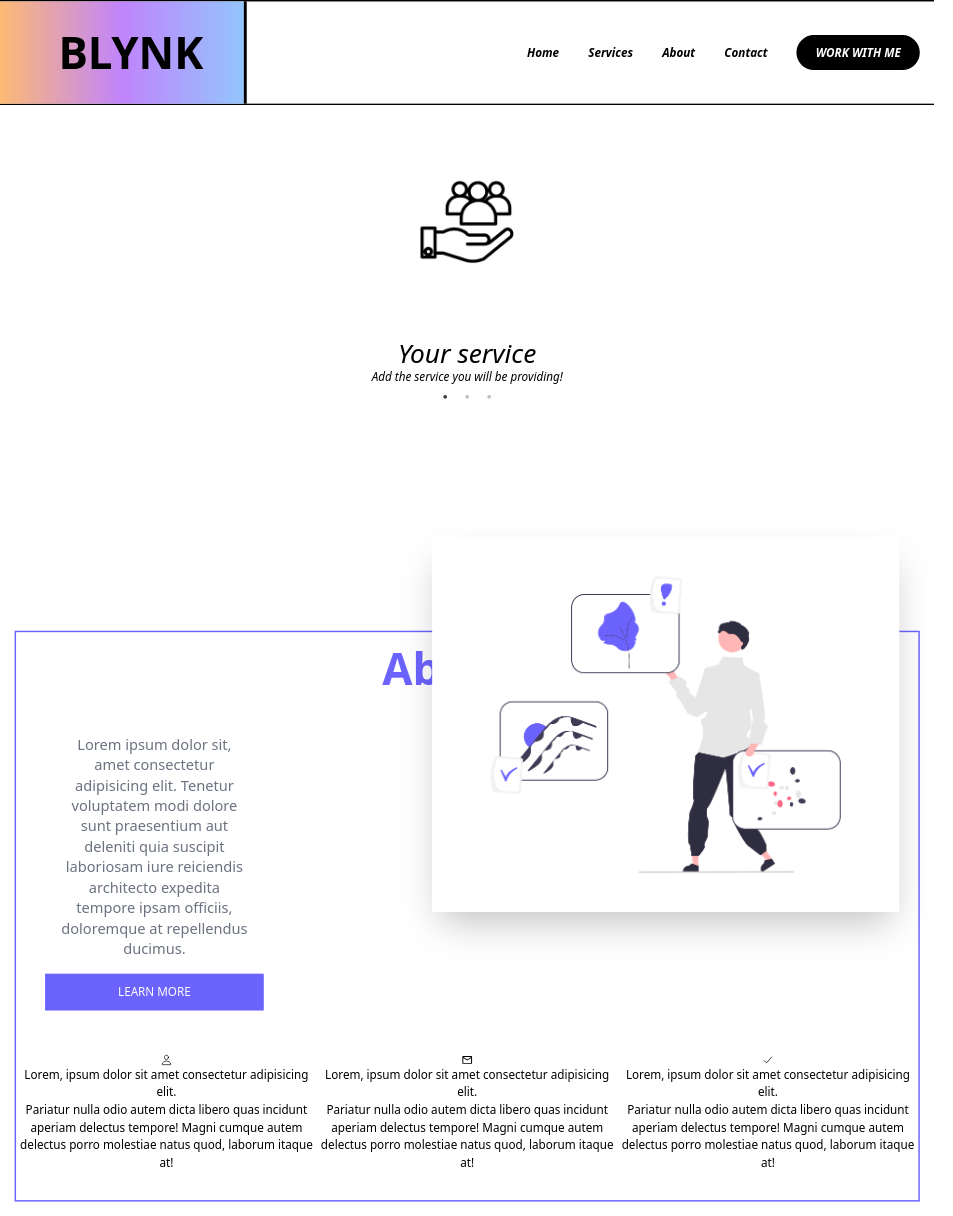
Repository: Al123Kudayyd/eportfolio
Page: /
The author's editor kept a copy of each file at every save. The page is drawn from the files as they stood at one save, then again after the next save.
The browser window is 1280 px wide. The page is 1305 px wide, so the pictures cover 1305 px, including what lies to the right of the window. The pictures show the whole page, at 73% of full size.
The project was rebuilt for these pictures with package versions that can differ from the ones it lists, and the page was loaded fresh each time.

Above is the page before, as saved 2024-02-27 08:09:10.

After the next save:
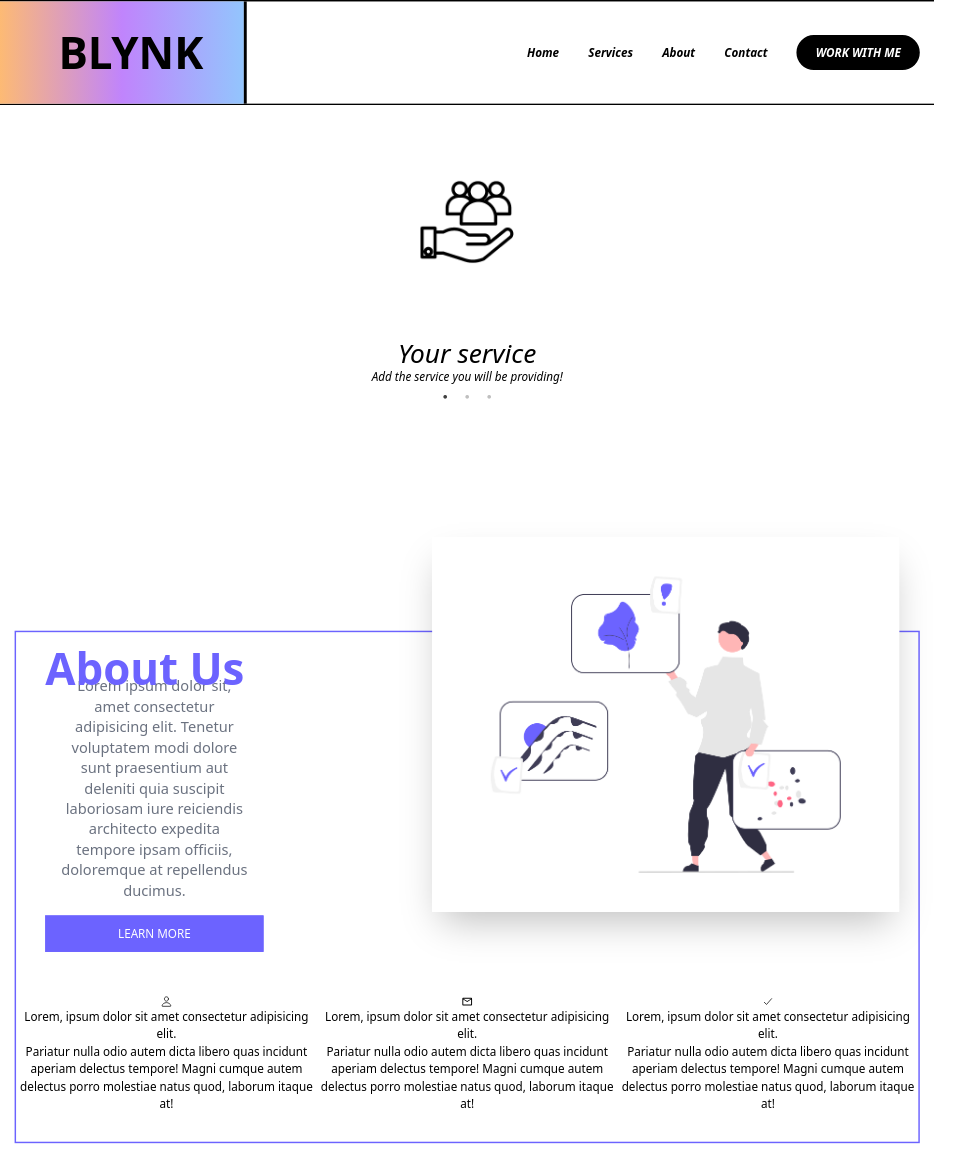
Saved 5 s later.
--- a/src/components/About.jsx
+++ b/src/components/About.jsx
@@ -10,7 +10,7 @@ function About() {
     <div className='relative '>
       <div className='relative border-2 border-[#6C63FF] m-5'>
         <div className='pl-10 flex flex-col '>
-            <h1 className=' text-[#6C63FF] pt-5 text-6xl font-bold '>
+            <h1 className='absolute text-[#6C63FF] pt-5 text-6xl font-bold '>
                 About Us
             </h1>
             <p className='md:w-1/2 lg:w-1/4 mt-10 text-xl text-gray-500 p-5'>Lorem ipsum dolor sit, amet consectetur adipisicing elit. Tenetur voluptatem modi dolore sunt praesentium aut deleniti quia suscipit laboriosam iure reiciendis architecto expedita tempore ipsam officiis, doloremque at repellendus ducimus.</p>
